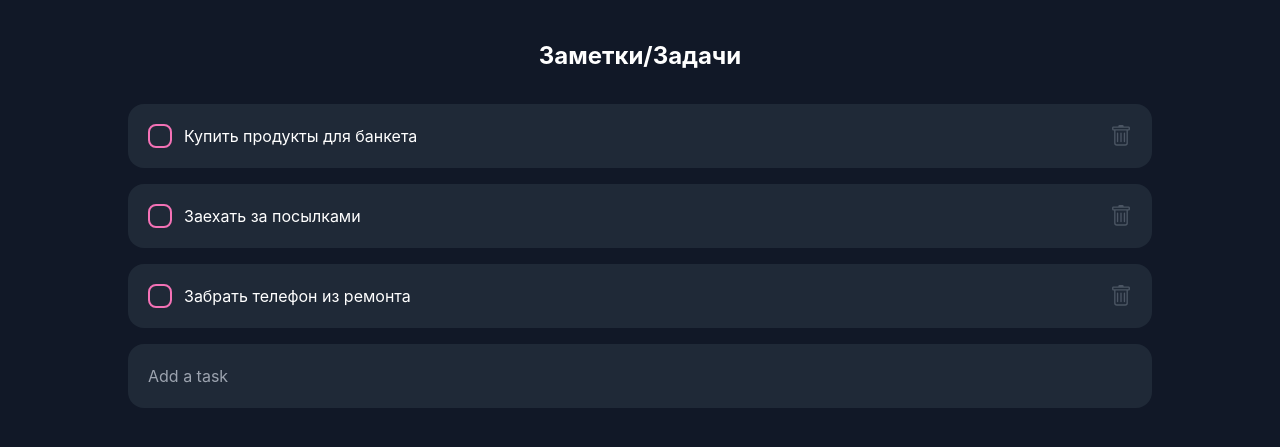
Repository: VachArt/react-exam-work
Page: /about
These files come from the project's save history. The page is drawn as it stood at one moment and after the next save; the edit follows.
The browser window is 1280 px wide. The pictures show the whole page.
The project was rebuilt for these pictures with package versions that can differ from the ones it lists, and the page was loaded fresh each time.

Above is the page before, as saved 2022-04-27 22:29:57.

After the next save:
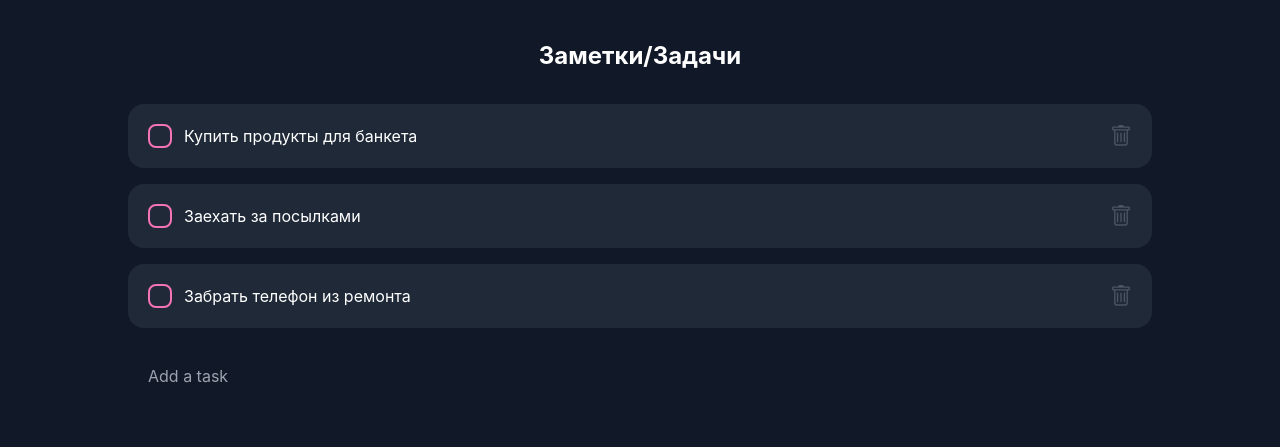
Saved 41 s later.
--- a/src/components/pages/Home/create-todo-field/CreateTodoField.jsx
+++ b/src/components/pages/Home/create-todo-field/CreateTodoField.jsx
@@ -4,7 +4,7 @@ const CreateTodoField = ({addTodo}) => {
     const [title, setTitle] = useState('')
 
     return (
-        <div className='flex items-center justify-between mb-4 rounded-2xl bg-gray-800 p-5 w-full'>
+        <div className='flex items-center justify-between mb-4 rounded-2xl border-gray-800 p-5 w-full'>
             <input
                 type='text'
                 onChange={e => setTitle(e.target.value)}
